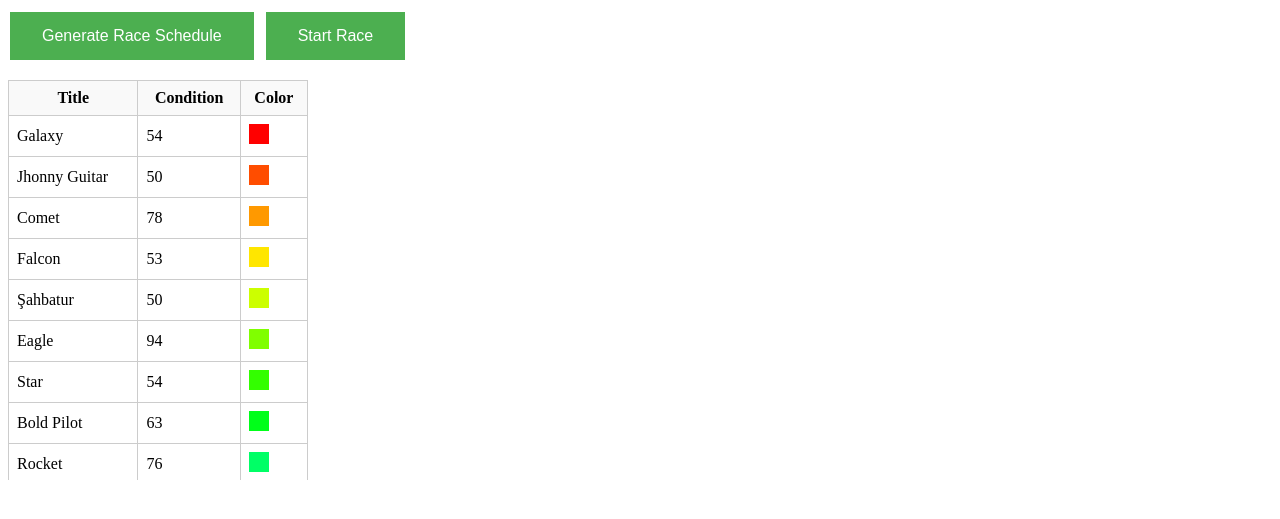
Repository: akinankarali/horse-racing-game
Page: /
The author's editor kept a copy of each file at every save. The page is drawn from the files as they stood at one save, then again after the next save.
The browser window is 1280 px wide. The pictures show the whole page.
The project was rebuilt for these pictures with package versions that can differ from the ones it lists, and the page was loaded fresh each time. The framework's server and built-in components were replaced by stand-ins that run in the browser. Also part of the build but not shown: nuxt.config.ts, components/Results.vue. Imported but missing from the stored project, and not drawn on this page: store/setting.

Above is the page before, as saved 2024-06-09 21:12:00.

After the next save:
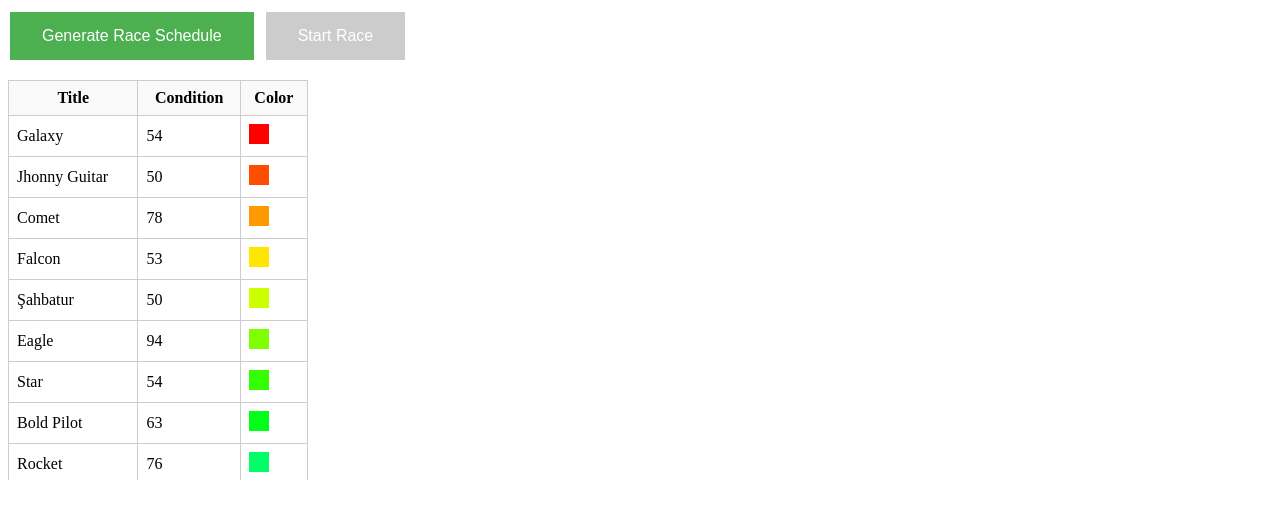
Saved 10 s later.
--- a/components/Button.vue
+++ b/components/Button.vue
@@ -40,5 +40,10 @@ button {
   &:hover {
     background-color: #45a049;
   }
+
+  &:disabled {
+    background-color: #cccccc;
+    cursor: not-allowed;
+  }
 }
 </style>
